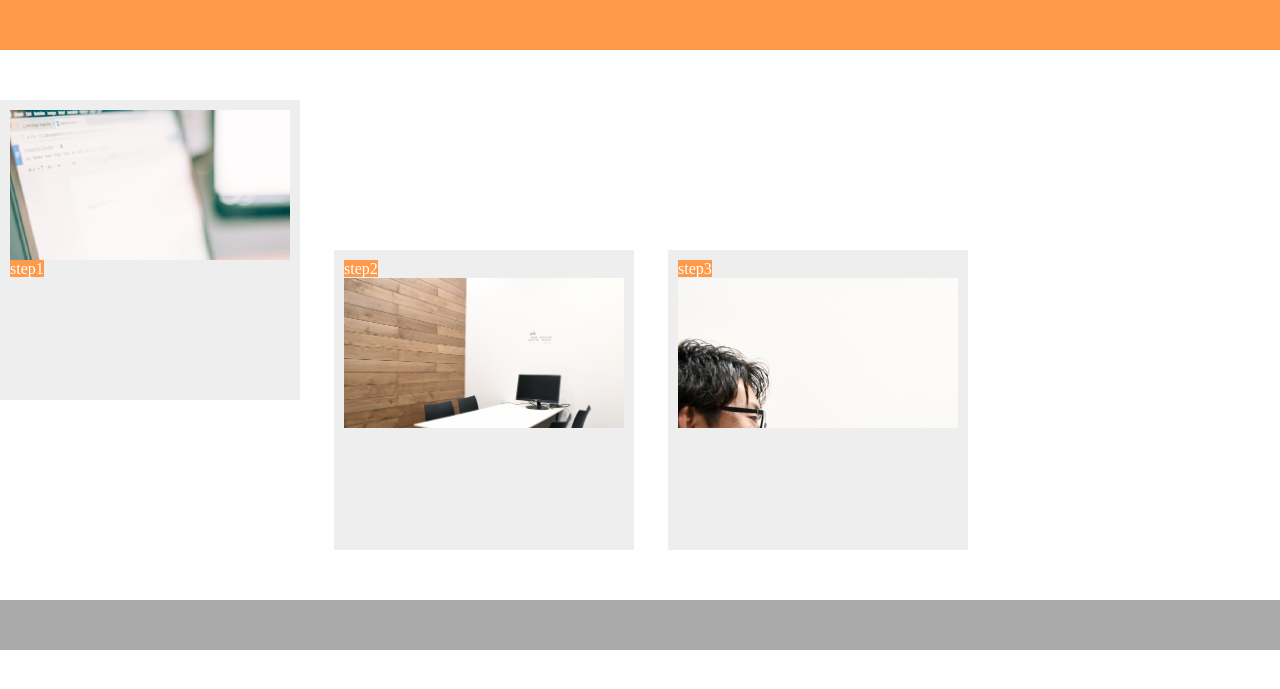
Repository: kiruha313/DWC
Page: exersise9/index.html
The author's editor kept a record of every edit. The page is drawn from the files as they stood at one moment, then again after the next edit.
The browser window is 1280 px wide. The pictures show the whole page.

Above is the page before.

### exersise9/index.html
<!DOCTYPE html>
<html lang="ja">
  <head>
    <meta charset="UTF-8" />
    <link rel="stylesheet" href="style.css" />
    <title>9</title>
  </head>

  <body>
    <header class="orange"></header>
    <main>
      <div class="step">
        <div class="step1-img"></div>
        <span class="step1">step1</span>
      </div>

      <div class="step">
        <span class="step2">step2</span>
        <div class="step2-img"></div>
      </div>

      <div class="step">
        <span class="step3">step3</span>
        <div class="step3-img"></div>
      </div>
    </main>

    <div class="gray"></div>

  </body>

</html>

### exersise9/style.css
* {
  margin: 0;
  padding: 0;
  box-sizing: border-box;
  color: #6c6b6b;
}

.orange  {
  background-color: #ff9a4b;
  width: 100%;
  height: 50px;
}

.step {
  width: 300px;
  height: 300px;
  margin: 50px 30px 50px 0;
  padding: 10px;
  display: inline-block;
  background-color: #eee;
}

.step1 {
  color: #fff;
  background-color: #ff9a4b;
}

.step1-img {
  width: 280px;
  height: 150px;
  background-image: url(img/flow01.png);

}

.step2 {
  color: #fff;
  background-color: #ff9a4b;
}

.step2-img {
  height: 150px;
  background-image: url(img/flow02.png);
  background-size: cover;

}

.step3 {
  color: #fff;
  background-color: #ff9a4b;
}

.step3-img {
  width: 280px;
  height: 150px;
  background-image: url(img/flow03.png);

}

.gray {
  background-color: #aaaaaa;
  width: 100%;
  height: 50px;
}

After the next edit:
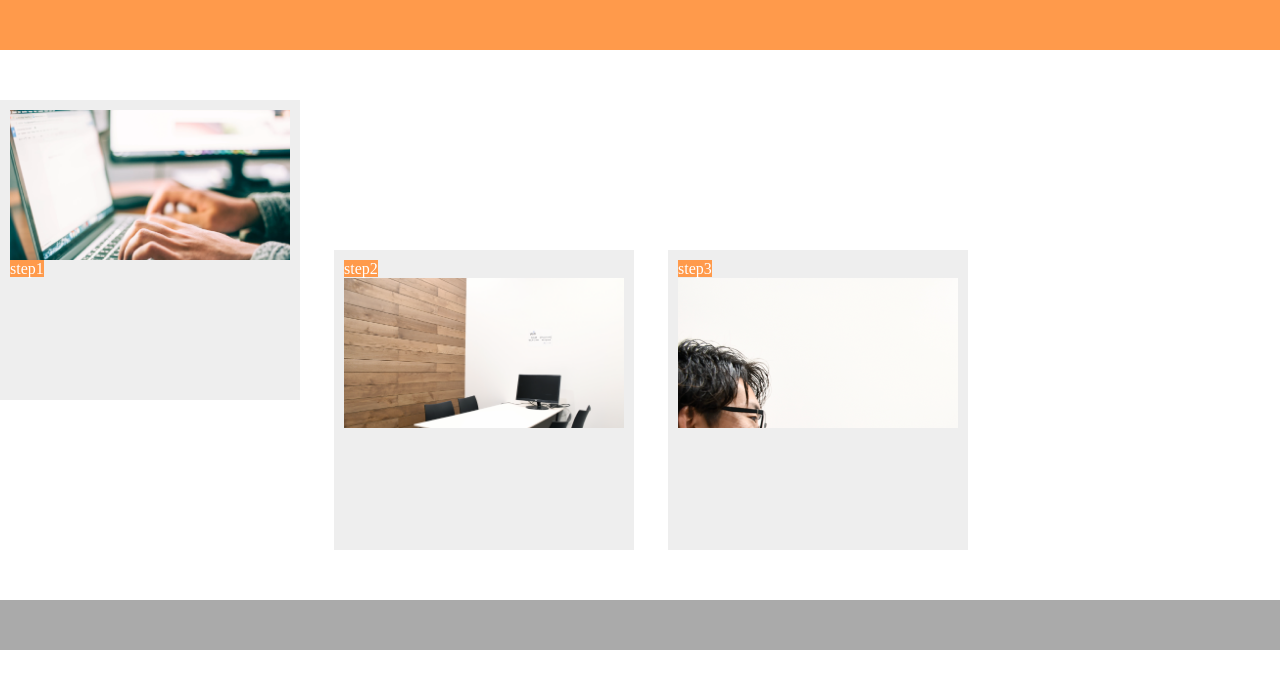
The edit:
--- a/exersise9/style.css
+++ b/exersise9/style.css
@@ -26,9 +26,9 @@
 }
 
 .step1-img {
-  width: 280px;
   height: 150px;
   background-image: url(img/flow01.png);
+  background-size: cover;
 
 }
 
